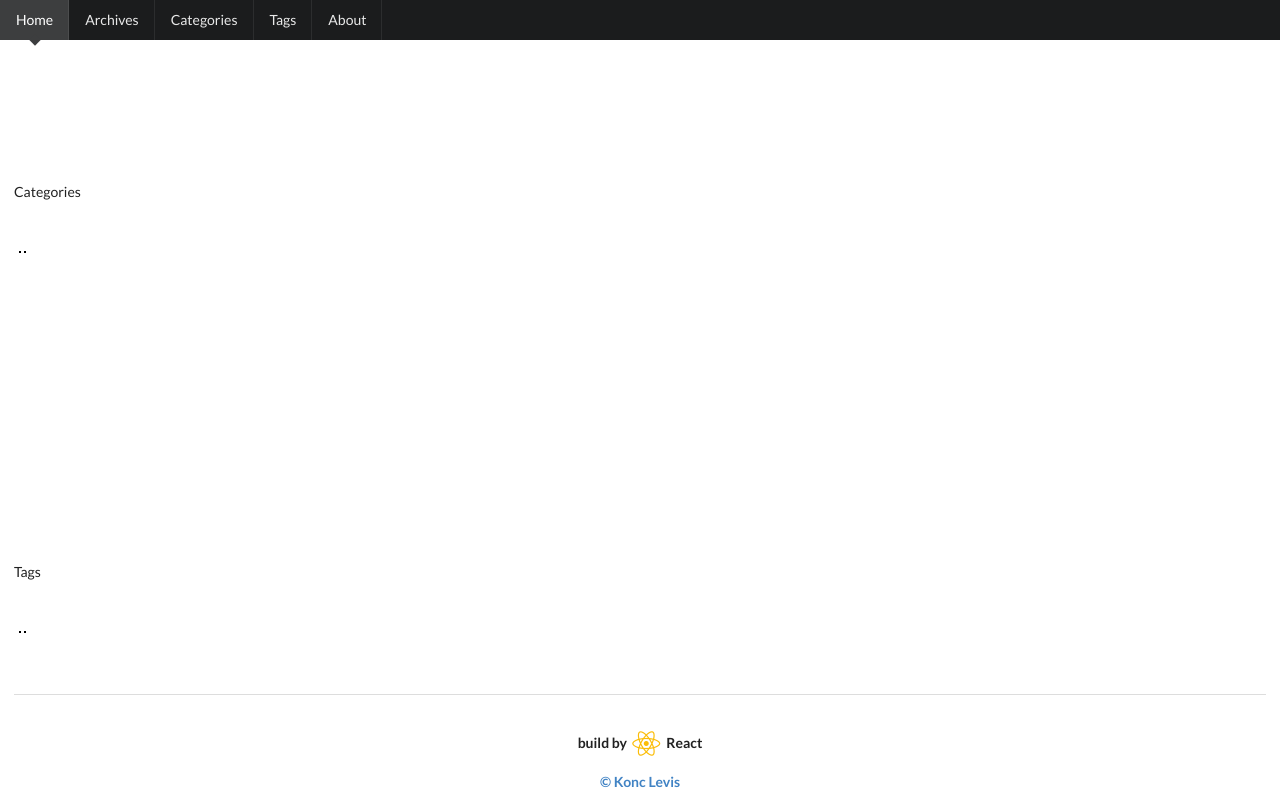
Repository: chu4j/my-spring-cloud-blog-frontend
Page: /
The author's editor kept a copy of each file at every save. The page is drawn from the files as they stood at one save, then again after the next save.
The browser window is 1280 px wide. The pictures show the whole page.
The page's requests for data from a server got no answer. The project was rebuilt for these pictures with package versions that can differ from the ones it lists, and the page was loaded fresh each time. No one was signed in, and anything a server would have sent is missing. Also part of the build but not shown: src/components/Categories.jsx, src/components/FocusContent.jsx, src/css/App.css, src/components/owner/LoginForm.jsx, src/components/Tags.jsx, src/components/Timeline.jsx, src/components/TimelineHome.jsx.

Above is the page before, as saved 2021-02-24 12:34:15.

After the next save:
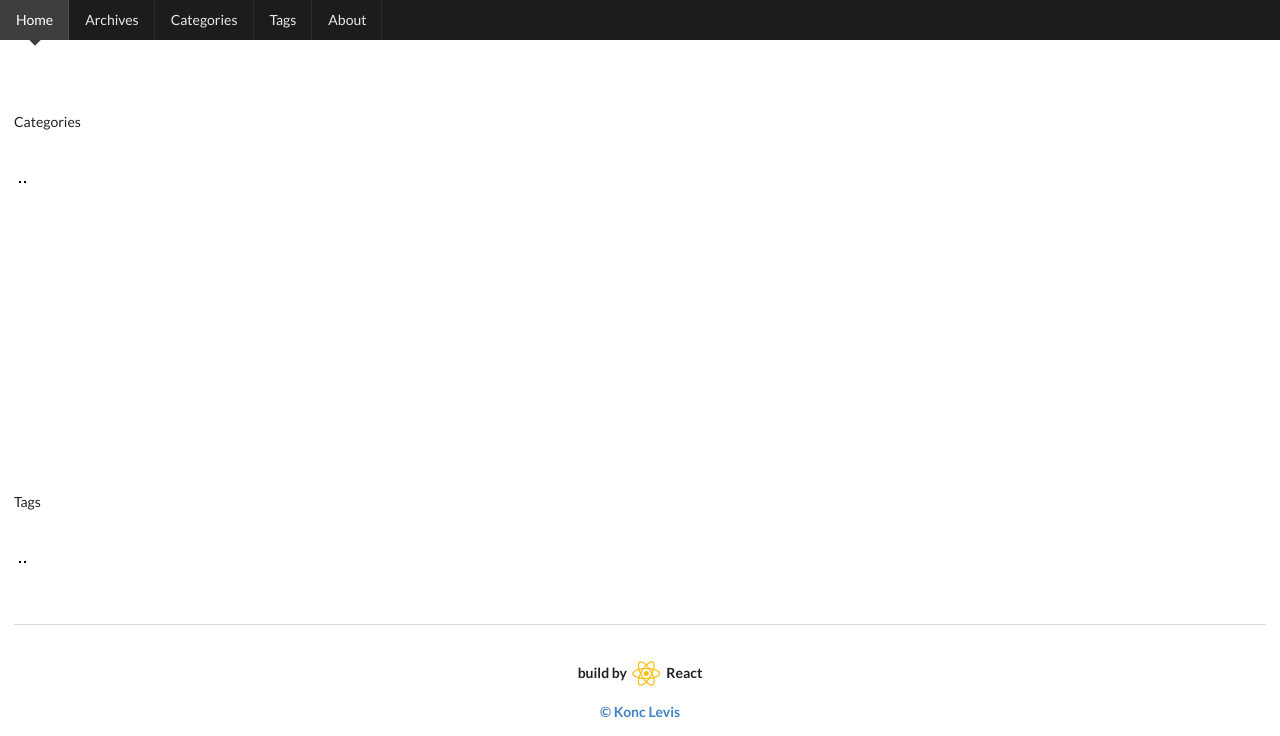
Saved 14 s later.
--- a/src/css/index.css
+++ b/src/css/index.css
@@ -65,7 +65,7 @@ code {
   min-height: 280px;
 }
 .menu-container {
-  margin-bottom: 10em;
+  margin-bottom: 5em;
 }
 .post-category {
   padding: 3px;
